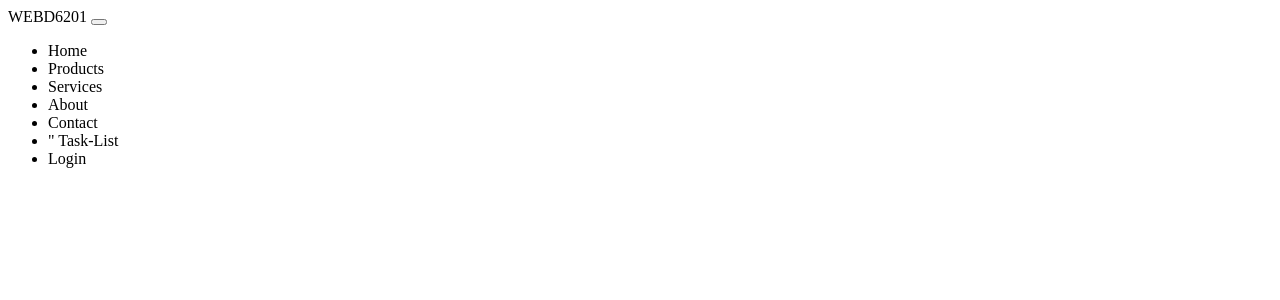
Repository: tbazouzi-durham/tbazouzi-durham.github.io
Page: Views/components/header.html
The author's editor kept a copy of each file at every save. The page is drawn from the files as they stood at one save, then again after the next save.
The browser window is 1280 px wide. The pictures show the whole page.

Above is the page before, as saved 2022-03-23 18:02:15.

After the next save:
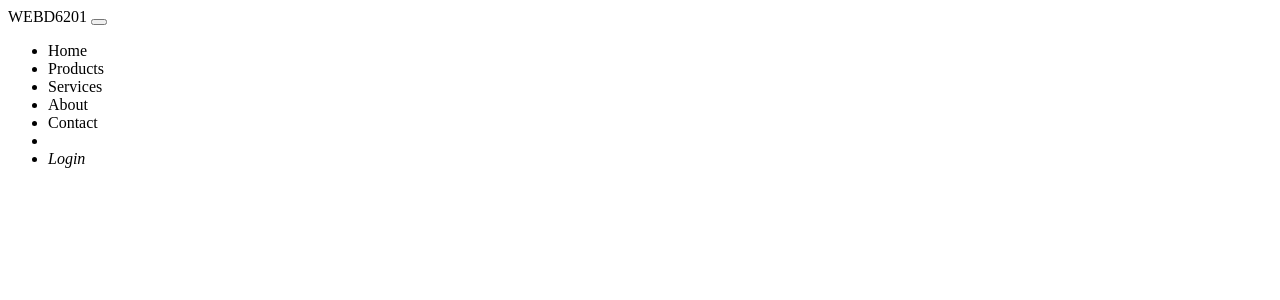
Saved 23 s later.
--- a/Views/components/header.html
+++ b/Views/components/header.html
@@ -23,7 +23,7 @@
           <a class="nav-link" data="contact"><i class="fas fa-envelope"></i> Contact</a>
         </li>
         <li class="nav-item">
-          <a class="nav-link" data="task-list"><i class="<i class=" fab fa-swap-opacity .fad"></i>" Task-List</a>
+          <a class="nav-link" data="task-list"><i class="fab fa-swap-opacity .fad" Task-List</a>
         </li>
         <li class="nav-item" id="login">
           <a class="nav-link" data="login"><i class="fas fa-sign-in-alt"></i> Login</a>
